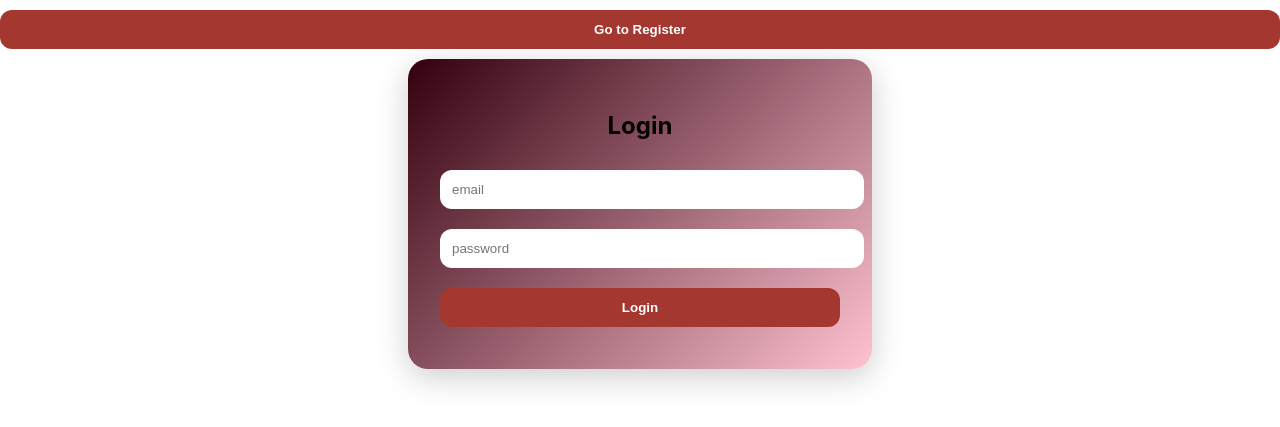
Repository: aab232/https---github.com-aab232-Deferred-Payment-Platform
Page: /register (app in frontend/)
These files come from the project's save history. The page is drawn as it stood at one moment and after the next save; the edit follows.
The browser window is 1280 px wide. The pictures show the whole page.
The project was rebuilt for these pictures with package versions that can differ from the ones it lists, and the page was loaded fresh each time. Also part of the build but not shown: frontend/src/components/Register.js.

Above is the page before, as saved 2025-03-14 01:26:38.

### frontend/src/App.js
import React, { useState } from "react";
import Register from "./components/Register";
import Login from "./components/Login";

const App = () => {
    const [showLogin, setShowLogin] = useState(true);

    return (
        <div>
            <button onClick={() => setShowLogin(!showLogin)}>
                {showLogin ? "Go to Register" : "Go to Login"}
            </button>
            {showLogin ? <Login /> : <Register />}
        </div>
    );
};

export default App;

### frontend/src/components/Login.js
import React, { useState } from "react";
import axios from "axios";
import "./Login.css"; // Import the CSS for Login page

const Login = () => {
    const [formData, setFormData] = useState({
        email: "",
        password: "",
    });

    const handleChange = (e) => {
        setFormData({ ...formData, [e.target.name]: e.target.value });
    };

    const handleSubmit = async (e) => {
        e.preventDefault();
        try {
            const response = await axios.post("http://localhost:5000/login", formData);
            alert(response.data.message);
        } catch (error) {
            alert(error.response?.data.message || "Login failed.");
        }
    };

    return (
        <div className="container">
            <h2>Login</h2>
            <form onSubmit={handleSubmit}>
                {Object.keys(formData).map((field) => (
                    <input
                        key={field}
                        type={field === "password" ? "password" : "text"}
                        name={field}
                        placeholder={field}
                        value={formData[field]}
                        onChange={handleChange}
                        required
                    />
                ))}
                <button type="submit">Login</button>
            </form>
        </div>
    );
};

export default Login;

### frontend/src/components/Register.css
/* Styling for the Registration Form */
.form-container {
    max-width: 400px;
    margin: auto;
    padding: 2rem;
    background: linear-gradient(135deg, #ffafbd, #ffc3a0);
    border-radius: 20px;
    box-shadow: 0 8px 32px rgba(0, 0, 0, 0.2);
    text-align: center;
  }

  input, button {
    margin: 10px 0;
    padding: 12px;
    width: 100%;
    border-radius: 12px;
    border: none;
  }

  button {
    background-color: #6a11cb;
    color: white;
    font-weight: bold;
    cursor: pointer;
  }

  p {
    cursor: pointer;
    color: #6a11cb;
  }

### frontend/src/components/Login.css
/* Styling for the Login Form */
.container {
    max-width: 400px;
    margin: auto;
    padding: 2rem;
    background: linear-gradient(135deg, #33000D, #FFC2D1);
    border-radius: 20px;
    box-shadow: 0 8px 32px rgba(0, 0, 0, 0.2);
    text-align: center;
  }

  input, button {
    margin: 10px 0;
    padding: 12px;
    width: 100%;
    border-radius: 12px;
    border: none;
  }

  button {
    background-color: #a4372f;
    color: white;
    font-weight: bold;
    cursor: pointer;
  }

  p {
    cursor: pointer;
    color: #a4372f;
  }

Loaded but not shown: frontend/public/index.html (common file); frontend/src/index.js (common file); frontend/src/index.css (common file); frontend/src/reportWebVitals.js (common file)

After the next save:
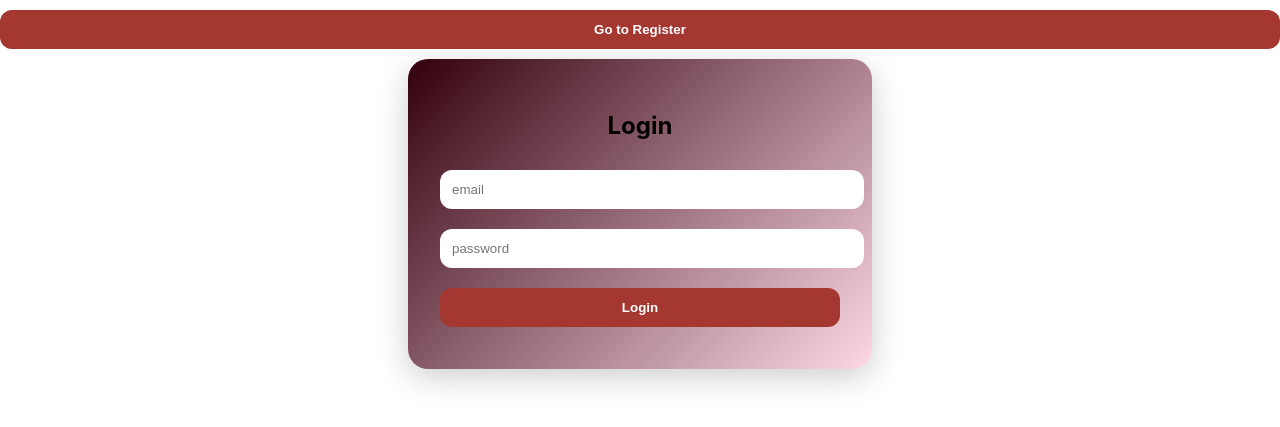
Saved 26 s later.
--- a/frontend/src/components/Login.css
+++ b/frontend/src/components/Login.css
@@ -3,7 +3,7 @@
     max-width: 400px;
     margin: auto;
     padding: 2rem;
-    background: linear-gradient(135deg, #33000D, #FFC2D1);
+    background: linear-gradient(135deg, #33000D, #FDD9E5);
     border-radius: 20px;
     box-shadow: 0 8px 32px rgba(0, 0, 0, 0.2);
     text-align: center;
